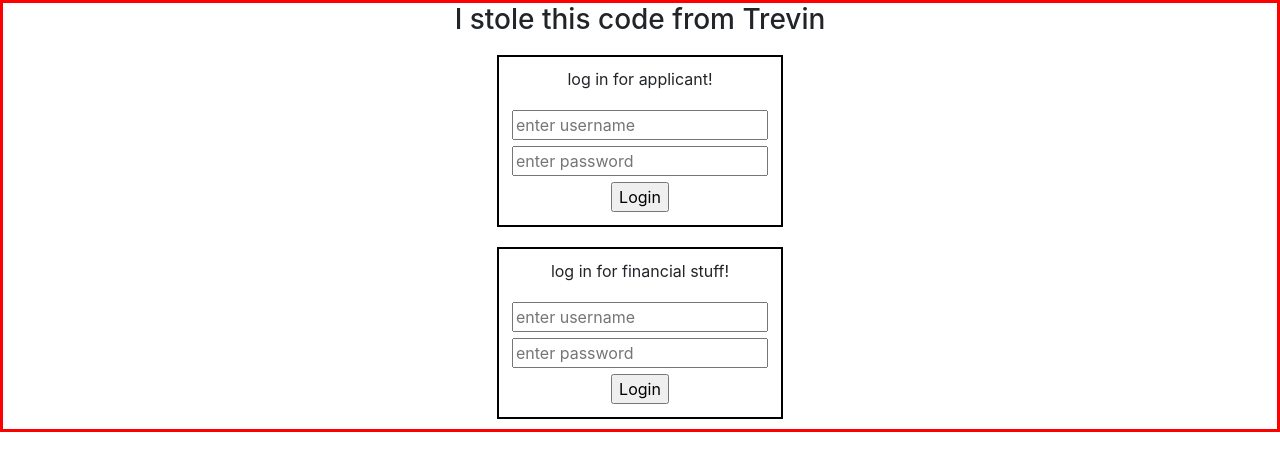
Repository: 2001usfpega/ZhenJ-code
Page: Project1/Showmethemoney/src/main/webapp/resources/css/emp_Login.html
The author's editor kept a copy of each file at every save. The page is drawn from the files as they stood at one save, then again after the next save.
The browser window is 1280 px wide. The pictures show the whole page.

Above is the page before, as saved 2020-02-08 05:22:01.

### Project1/Showmethemoney/src/main/webapp/resources/css/emp_Login.html
<!DOCTYPE html>
<html>
<head>
<meta charset="ISO-8859-1">
<title>Login</title>
<link rel="stylesheet"
	href="https://stackpath.bootstrapcdn.com/bootstrap/4.3.1/css/bootstrap.min.css"
	integrity="sha384-ggOyR0iXCbMQv3Xipma34MD+dH/1fQ784/j6cY/iJTQUOhcWr7x9JvoRxT2MZw1T"
	crossorigin="anonymous">
<link rel=stylesheet type="text/css"
	href="/Showmethemoney/resources/css/mystyles.css">
</head>
<body>

	<body>
	<div class="login-container">
		<!-- FRONT CONTROLLER EXAMPLE -->
		<h3>I stole this code from Trevin</h3>

		<form method="get" action="/Showmethemoney/login.change">
			<p>log in for applicant!</p>
			<input placeholder="enter username" name="username-applicant" /><br>
			<input placeholder="enter password" name="password-applicant" /><br>
			<input type="submit" value="Login" />
		</form>

		<form method="get" action="/Showmethemoney/login.change">
			<p>log in for financial stuff!</p>
			<input placeholder="enter username" name="username-stuff" /><br>
			<input placeholder="enter password" name="password-stuff" /><br>
			<input type="submit" value="Login" />
		</form>

		<!-- JSON SERVLET EXAMPLE -->
<!-- 		<form method="post" action="/HelloFrontController/dannyboy.json">
			<p>Json Servlet Button</p>
			<input type="submit" value="Find Danny Boy" />
		</form>
		<form method="post" action="/HelloFrontController/billy.json">
			<p>Json Servlet Button</p>
			<input type="submit" value="Find Billy" />
		</form> -->
	</div>
</body>






	<script src="https://code.jquery.com/jquery-3.3.1.slim.min.js"
		integrity="sha384-q8i/X+965DzO0rT7abK41JStQIAqVgRVzpbzo5smXKp4YfRvH+8abtTE1Pi6jizo"
		crossorigin="anonymous"></script>
	<script
		src="https://cdnjs.cloudflare.com/ajax/libs/popper.js/1.14.7/umd/popper.min.js"
		integrity="sha384-UO2eT0CpHqdSJQ6hJty5KVphtPhzWj9WO1clHTMGa3JDZwrnQq4sF86dIHNDz0W1"
		crossorigin="anonymous"></script>
	<script
		src="https://stackpath.bootstrapcdn.com/bootstrap/4.3.1/js/bootstrap.min.js"
		integrity="sha384-JjSmVgyd0p3pXB1rRibZUAYoIIy6OrQ6VrjIEaFf/nJGzIxFDsf4x0xIM+B07jRM"
		crossorigin="anonymous"></script>
</body>

</html>

### Project1/Showmethemoney/src/main/webapp/resources/css/mystyles.css
.login-container {
	display: flex;
	flex-direction: column;
    align-items: center;
    border: 3px solid red;
    text-align: center;
}

form {
	border: 2px solid black;
	padding: 10px;
	margin: 10px;
}

input {
	margin: 3px;
}

After the next save:
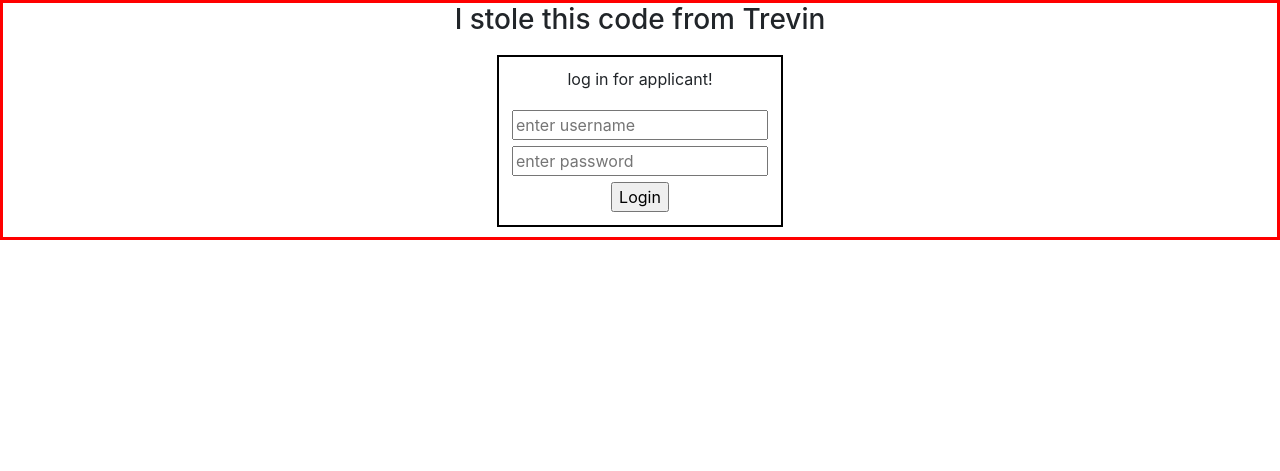
Saved 60 s later.
--- a/Project1/Showmethemoney/src/main/webapp/resources/css/emp_Login.html
+++ b/Project1/Showmethemoney/src/main/webapp/resources/css/emp_Login.html
@@ -17,19 +17,19 @@
 		<!-- FRONT CONTROLLER EXAMPLE -->
 		<h3>I stole this code from Trevin</h3>
 
-		<form method="get" action="/Showmethemoney/login.change">
+		<form method="get" action="/Showmethemoney/toLogIn">
 			<p>log in for applicant!</p>
 			<input placeholder="enter username" name="username-applicant" /><br>
 			<input placeholder="enter password" name="password-applicant" /><br>
 			<input type="submit" value="Login" />
 		</form>
 
-		<form method="get" action="/Showmethemoney/login.change">
+<!-- 		<form method="get" action="/Showmethemoney/toLogIn">
 			<p>log in for financial stuff!</p>
 			<input placeholder="enter username" name="username-stuff" /><br>
 			<input placeholder="enter password" name="password-stuff" /><br>
 			<input type="submit" value="Login" />
-		</form>
+		</form> -->
 
 		<!-- JSON SERVLET EXAMPLE -->
 <!-- 		<form method="post" action="/HelloFrontController/dannyboy.json">
